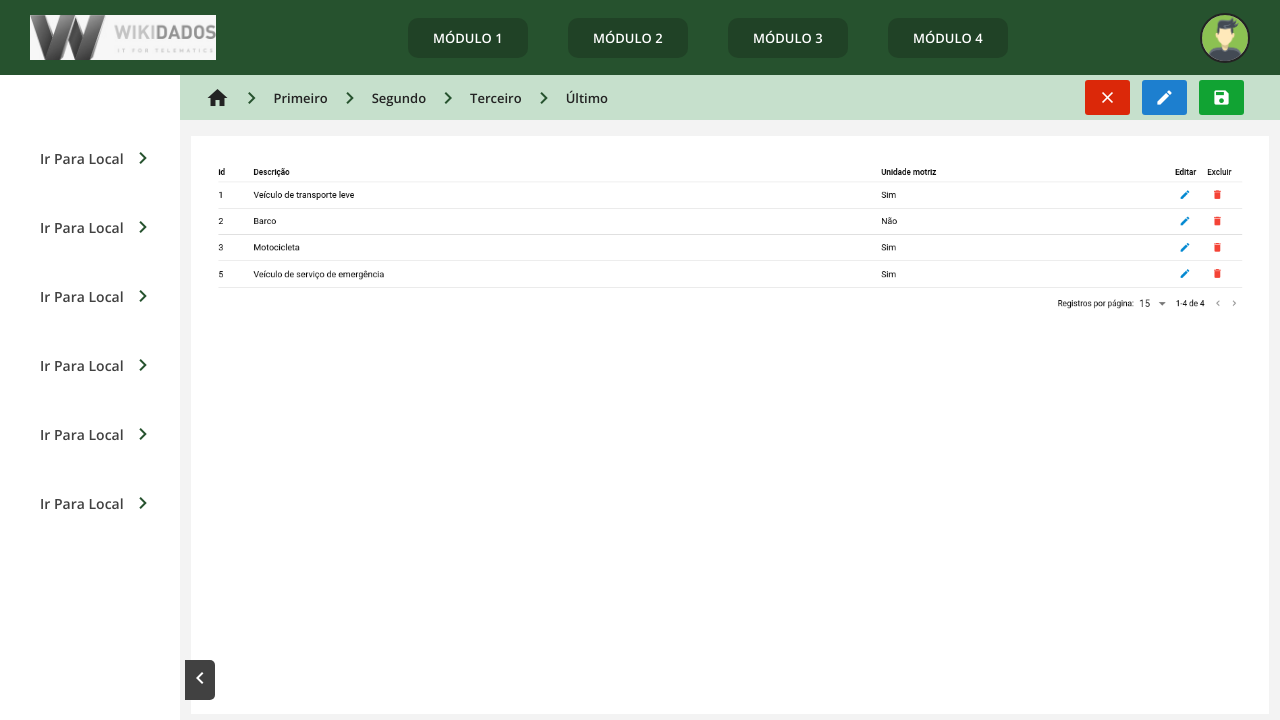
Repository: AlexDjon/alexdjon.github.io
Page: wiki-relayout/index.html
These files come from the project's save history. The page is drawn as it stood at one moment and after the next save; the edit follows.
The browser window is 1280 px wide. The pictures show the whole page.

Above is the page before, as saved 2020-08-12 17:10:55.

After the next save:
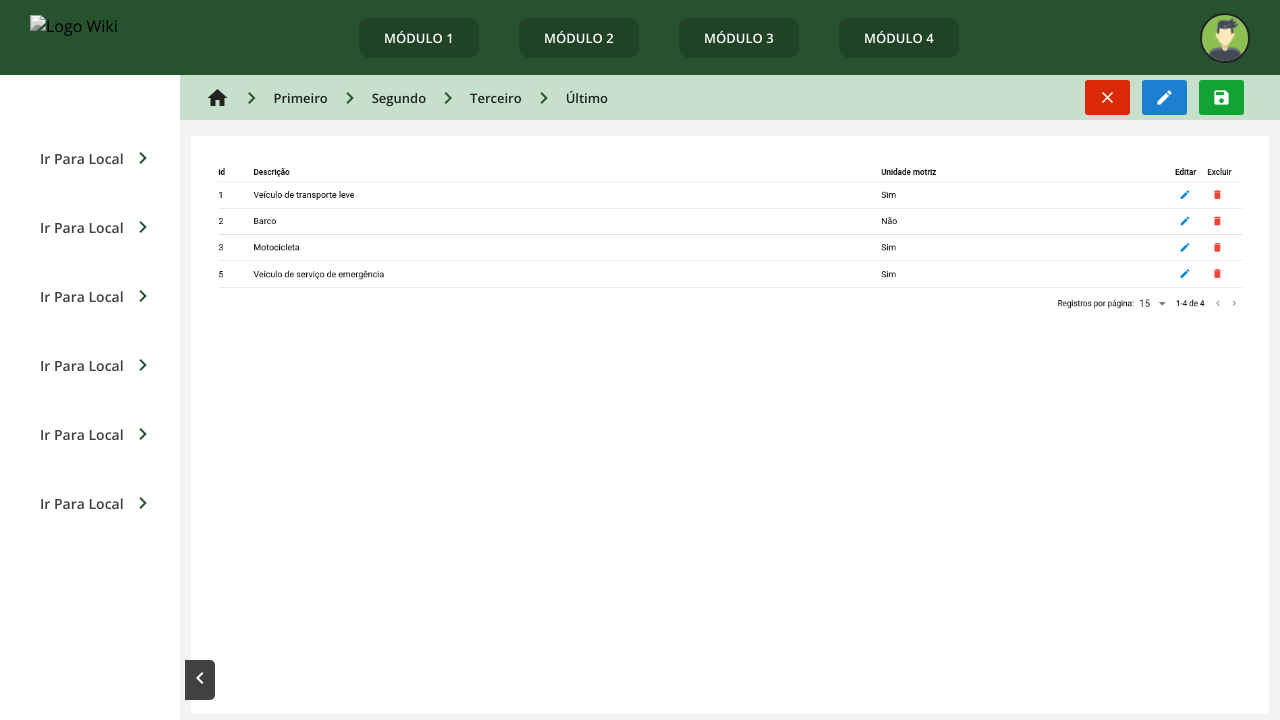
Not found: wiki-relayout/img/logo2.svg
Saved 7 s later.
--- a/wiki-relayout/index.html
+++ b/wiki-relayout/index.html
@@ -14,7 +14,7 @@
 
 <body>
   <header class="cabecalho">
-    <img src="img/logo2.jpeg" alt="Logo Wiki" class="logo">
+    <img src="img/logo2.svg" alt="Logo Wiki" class="logo">
 
     <div class="modulos">
       <button>Módulo 1</button>

After the save that followed:
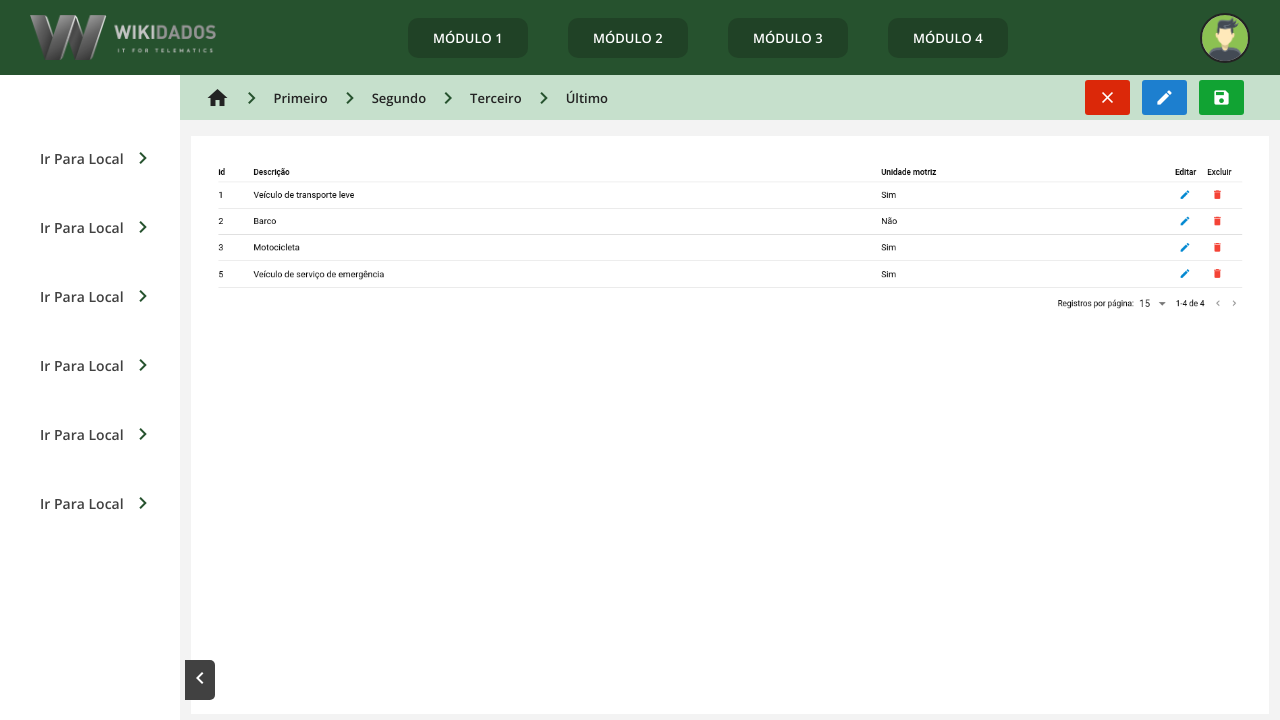
Saved 5 min 40 s later.
--- a/wiki-relayout/index.html
+++ b/wiki-relayout/index.html
@@ -14,7 +14,7 @@
 
 <body>
   <header class="cabecalho">
-    <img src="img/logo2.svg" alt="Logo Wiki" class="logo">
+    <img src="img/unnamed.png" alt="Logo Wiki" class="logo">
 
     <div class="modulos">
       <button>Módulo 1</button>
